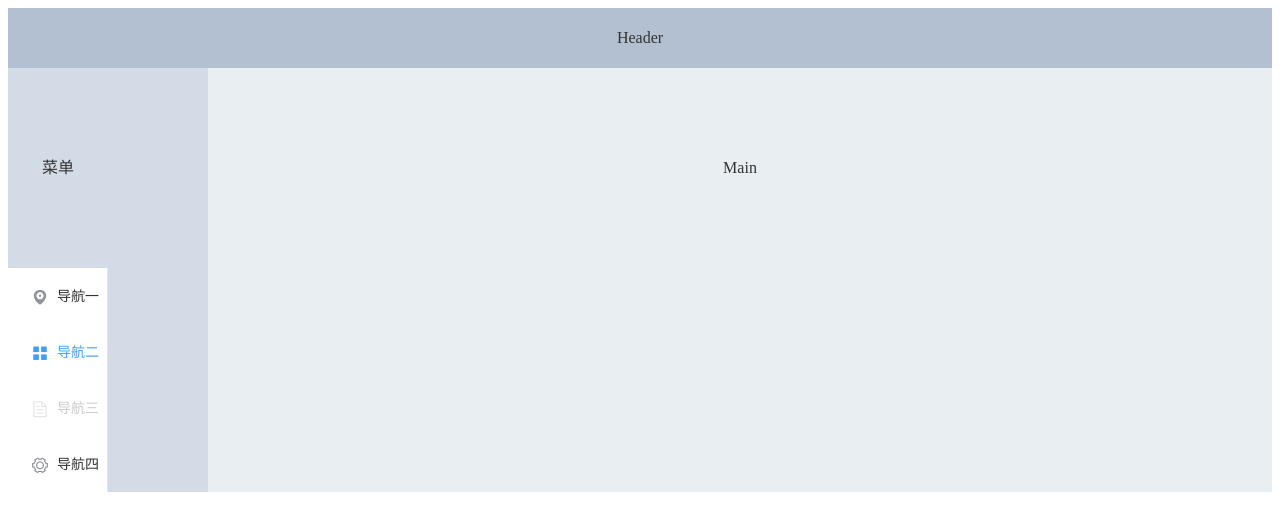
Repository: 960519152/elementui-demo-byf
Page: /
These files come from the project's save history. The page is drawn as it stood at one moment and after the next save; the edit follows.
The browser window is 1280 px wide. The pictures show the whole page.
The project was rebuilt for these pictures with package versions that can differ from the ones it lists, and the page was loaded fresh each time.

Above is the page before, as saved 2019-05-13 16:06:01.

After the next save:
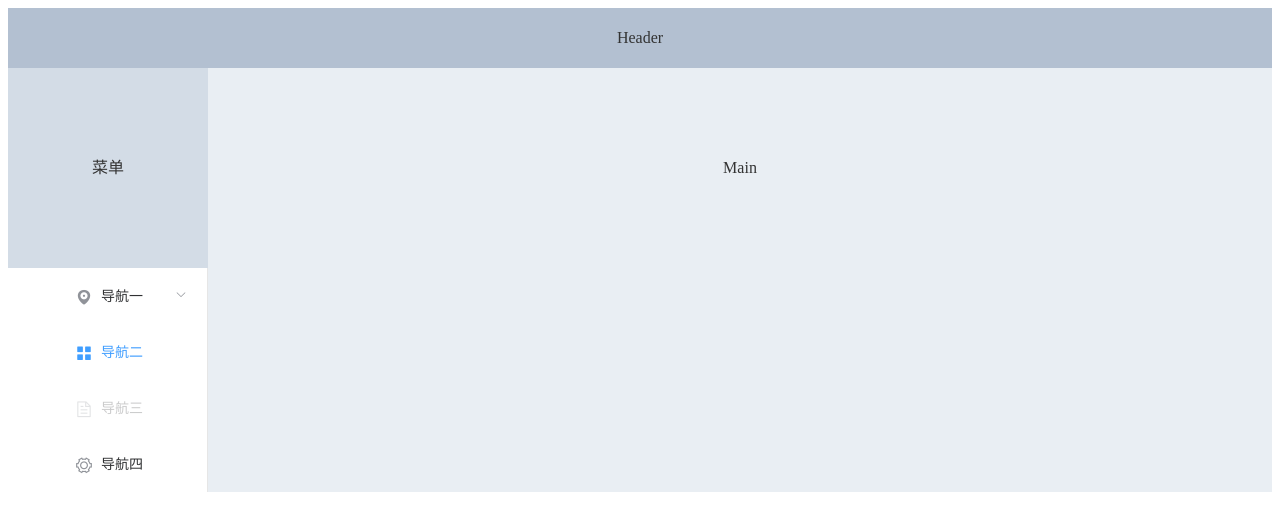
Saved 31 s later.
--- a/src/App.vue
+++ b/src/App.vue
@@ -5,7 +5,7 @@
       <el-container>
         <el-aside width="200px">
           <el-row class="tac">
-            <el-col :span="12">
+            <el-col :span="24">
              <div>菜单</div>
               <el-menu default-active="2" class="el-menu-vertical-demo" @open="handleOpen" @close="handleClose">
                 <el-submenu index="1">
